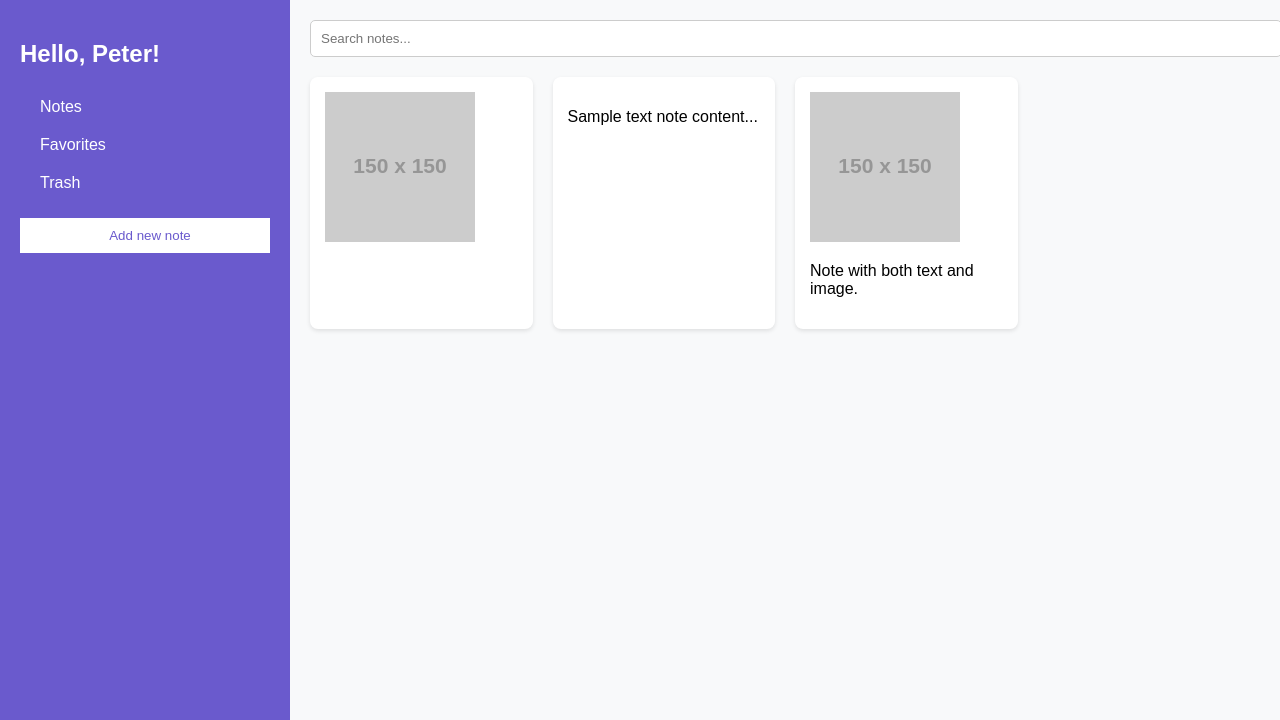
Repository: SatenikGabrielyan/HTML_CSS-_Assignment
Page: index.html
These files come from the project's save history. The page is drawn as it stood at one moment and after the next save; the edit follows.
The browser window is 1280 px wide. The pictures show the whole page.

Above is the page before, as saved 2025-03-16 11:24:20.

After the next save:
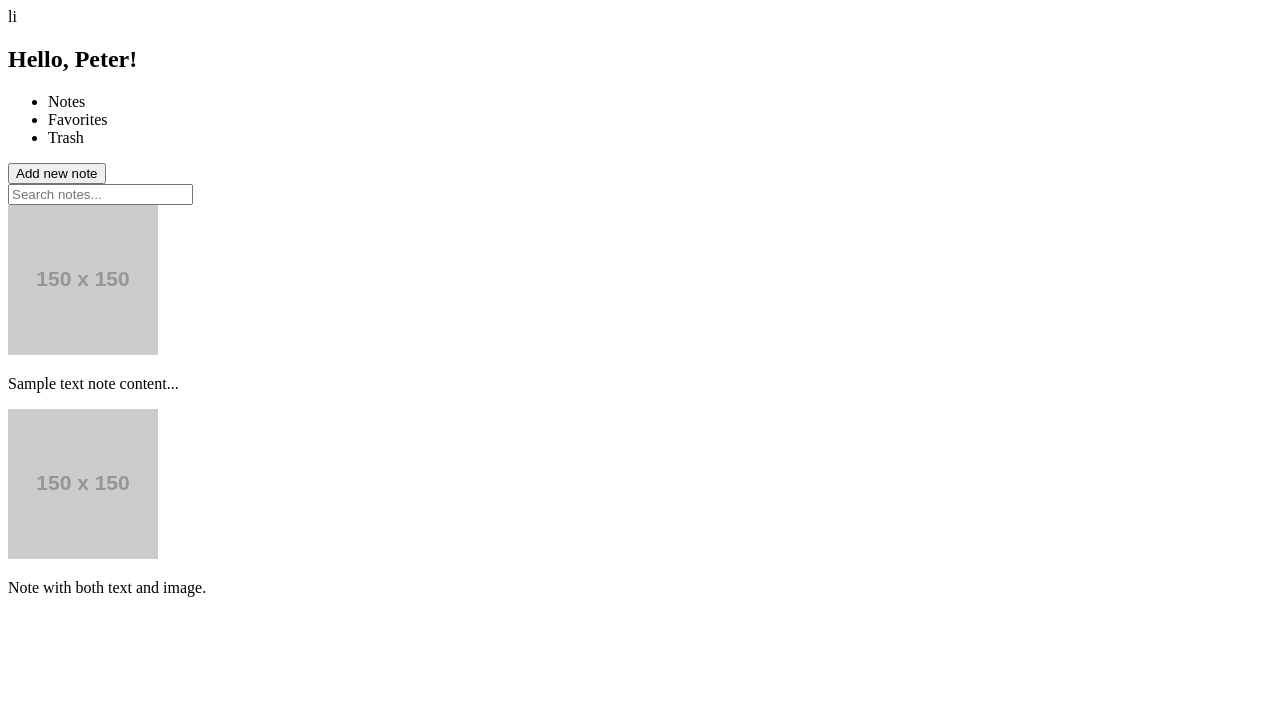
Saved 113 s later.
--- a/index.html
+++ b/index.html
@@ -4,7 +4,7 @@
     <meta charset="UTF-8">
     <meta name="viewport" content="width=device-width, initial-scale=1.0">
     <title>Note-Taking App</title>
-    <link rel="stylesheet" href="./style.css">
+    li
 
 </head>
 <body>
